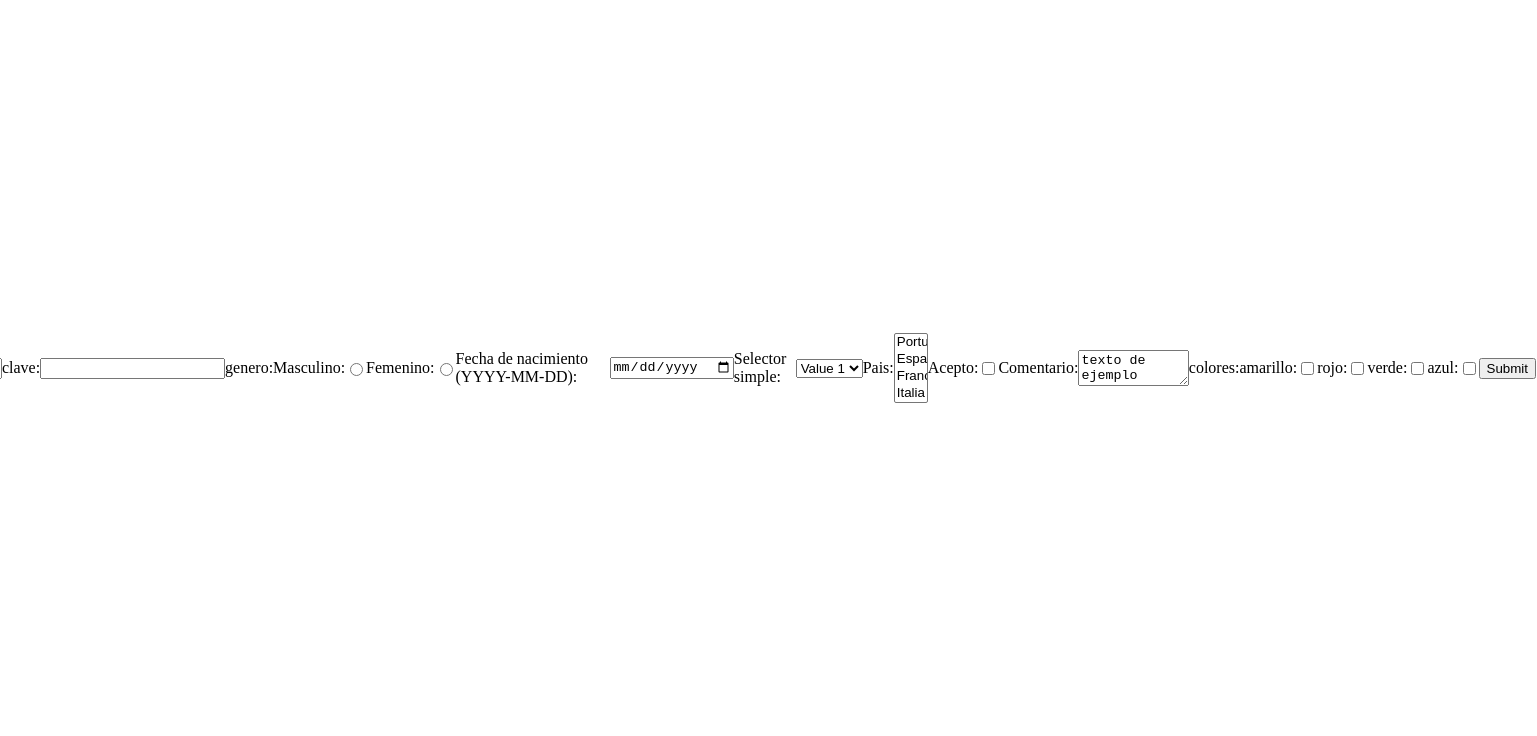
Repository: alvaroteja/ServidorJava
Page: http://localhost/11-EchoParametrosConArchivoJSP/formulario.jsp
An editor plug-in stored every save of this project. The page is shown before and after the next save, followed by the edit.
The browser window is 1280 px wide. The page is 1537 px wide, then 1288 px, so the pictures cover 1537 px, including what lies to the right of the window. The pictures show the whole page.
The page is served by Tomcat 10.

Above is the page before, as saved 2023-01-23 09:07:45.

After the next save:
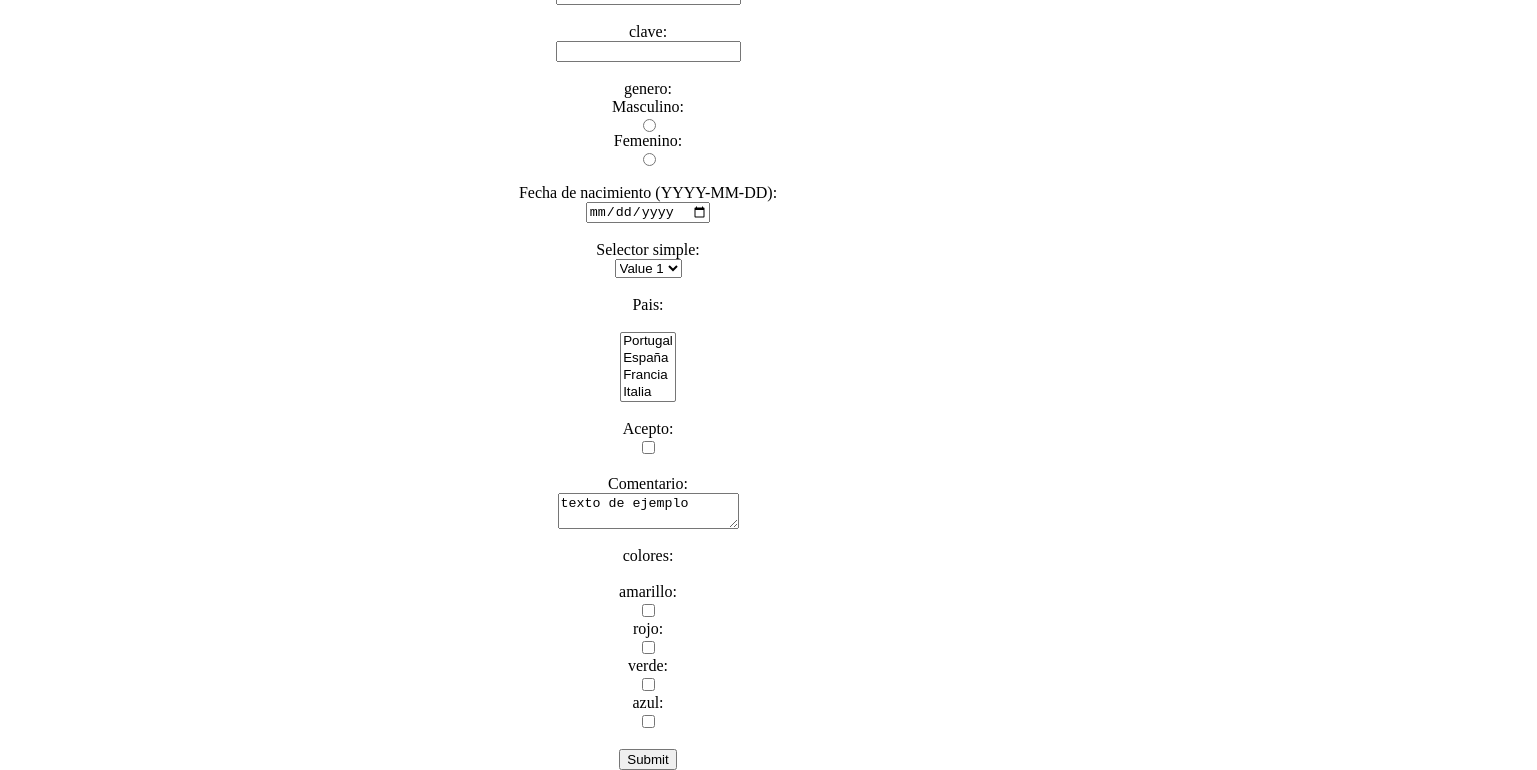
Saved 23 s later.
--- a/11-EchoParametrosConArchivoJSP/src/main/webapp/formulario.jsp
+++ b/11-EchoParametrosConArchivoJSP/src/main/webapp/formulario.jsp
@@ -15,6 +15,7 @@ body {
 }
 form{
 	display: flex;
+	flex-direction: column;
 	align-items: center;
 	justify-content: center;
 }
